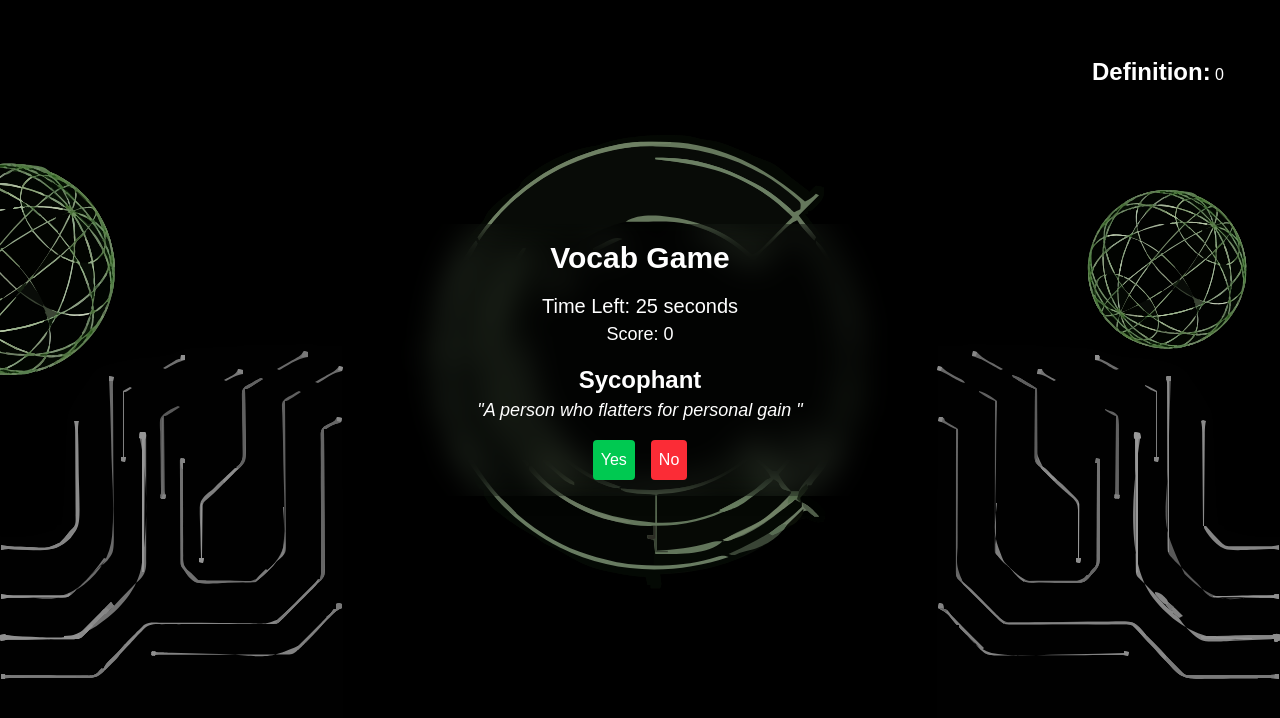
Repository: oxniw/bio-vocab
Page: /game
The author's editor kept a copy of each file at every save. The page is drawn from the files as they stood at one save, then again after the next save.
The browser window is 1280 px wide. The pictures show the whole page.
The project was rebuilt for these pictures with package versions that can differ from the ones it lists, and the page was loaded fresh each time. The framework's server and built-in components were replaced by stand-ins that run in the browser. Also part of the build but not shown: next.config.ts.

Above is the page before, as saved 2025-04-03 23:00:23.

### src/app/game/page.jsx
'use client';

import { useState, useEffect } from 'react';
import Image from 'next/image';
const words = [
  { word: 'Ephemeral', definition: 'Lasting a very short time' },
  { word: 'Tenacious', definition: 'Holding fast; persistent' },
  { word: 'Ineffable', definition: 'Too great to be expressed in words' },
  { word: 'Sycophant', definition: 'A person who flatters for personal gain' },
  { word: 'Pernicious', definition: 'Having a harmful effect' }
];

export default function VocabGame() {
  const [currentWord, setCurrentWord] = useState('');
  const [currentDef, setCurrentDef] = useState('');
  const [score, setScore] = useState(0);
  const [timeLeft, setTimeLeft] = useState(30);
  const [gameOver, setGameOver] = useState(false);
  const [scores,setScores] = useState(0)
  useEffect(() => {
    console.log(localStorage.getItem("score"))
    startGame();
  }, []);

  useEffect(() => {

    if (timeLeft > 0) {
      const timer = setTimeout(() => setTimeLeft(timeLeft - 1), 1000);
      return () => clearTimeout(timer);
    } else {
      setGameOver(true);
    }
  }, [timeLeft]);
  useEffect(() => {
    let storedScore = localStorage.getItem("score");
    if (storedScore === null) {
      localStorage.setItem("score", 0);
      setScores(0); // Set initial score
    } else {
      setScores(parseInt(storedScore)); // Convert stored string to number
    }
  }, []);

  function getNewWord() {
    const wordObj = words[Math.floor(Math.random() * words.length)];
    const useCorrectDef = Math.random() > 0.5;
    setCurrentWord(wordObj.word);
    setCurrentDef(useCorrectDef ? wordObj.definition : words[Math.floor(Math.random() * words.length)].definition);
  }

  function startGame() {
    setScore(0);
    setTimeLeft(30);
    setGameOver(false);
    getNewWord();
  }

  function handleAnswer(isCorrect) {
    if (!gameOver) {
      const correctDef = words.find(w => w.word === currentWord).definition === currentDef;
      setScore(prev => prev + (correctDef === isCorrect ? 1 : -1));
      getNewWord();
    }
  }

  return (
    <div className=" items-center justify-center flex bg-black h-screen overflow-x-hidden relative">
      <Image
      className="absolute top-24 -left-36 rotate-45"
      src="/com/cysphere.svg"
      alt="Next.js logo"
      width={612/2 }
      height={408/2 }
      priority
      />
      <Image
      className="absolute top-24 -right-10 rotate-45 scale-75"
      src="/com/cysphere.svg"
      alt="Next.js logo"
      width={612/2 }
      height={408/2 }
      priority
      />
      <Image
      className="absolute bottom-0 left-0 "
      src="/com/cyd3.svg"
      alt="Next.js logo"
      width={343 }
      height={411 }
      priority
      />
      <Image
      className="absolute bottom-0 right-0 "
      src="/com/cy2d.svg"
      alt="Next.js logo"
      width={343 }
      height={411 }
      priority
      />
      <Image
      className="absolute scale-125"
      src="/com/cy4d.svg"
      alt="Next.js logo"
      width={343 }
      height={411 }
      priority
      />
      <div className='w-full h-screen  flex items-center absolute text-white justify-center overflow-hidden '>
      <div className="absolute top-14 right-14">
        <p><span className="font-bold text-2xl">Definition:</span> {scores}</p>
      </div>
        <div className="flex-col flex items-center w-full p-4  max-w-xl rounded-2xl shadow-lg bg-gradient-to-r bg-opacity-10 backdrop-blur-lg ">
        <h1 className="text-3xl font-bold mb-4 transition duration-300 hover:filter hover:drop-shadow-[0_0_36px_rgb(255,255,255)]">Vocab Game</h1>
        <p className="text-xl transition duration-300 hover:filter hover:drop-shadow-[0_0_36px_rgb(255,255,255)]">Time Left: {timeLeft} seconds</p>
        <p className="text-lg transition duration-300 hover:filter hover:drop-shadow-[0_0_36px_rgb(255,255,255)]">Score: {score}</p>
        {gameOver ? (
          <button className="mt-4 p-2 bg-blue-500 text-white rounded transition duration-300 hover:filter hover:drop-shadow-[0_0_36px_rgb(0,0,255)]" onClick={startGame}>
            Restart Game
          </button>
        ) : (
          <>
            <p className="text-2xl font-semibold mt-4 transition duration-300 hover:filter hover:drop-shadow-[0_0_36px_rgb(255,255,255)]">{currentWord}</p>
            <p className="text-lg italic mb-4 transition duration-300 hover:filter hover:drop-shadow-[0_0_36px_rgb(255,255,255)]">"{currentDef} "</p>
            <div className="flex gap-4">
              <button className="p-2 bg-green-500 text-white rounded transition duration-300 hover:filter hover:drop-shadow-[0_0_36px_rgb(0,255,0)]" onClick={() => handleAnswer(true)}>
                Yes
              </button>
              <button className="p-2 bg-red-500 text-white rounded transition duration-300 hover:filter hover:drop-shadow-[0_0_36px_rgb(255,0,0)]" onClick={() => handleAnswer(false)}>
                No
              </button>
            </div>
          </>
        )}
        </div>

      </div>


    </div>

  );
}

Loaded but not shown: src/app/layout.tsx (common file); src/app/globals.css (common file)

After the next save:
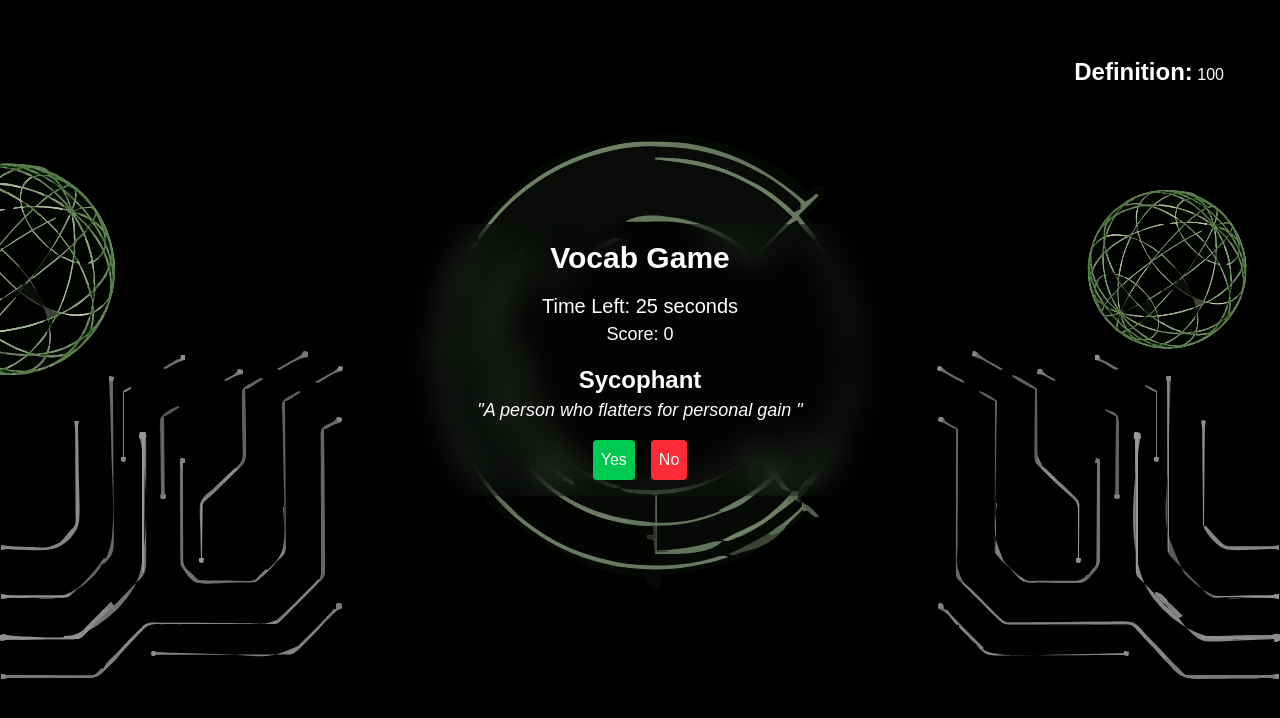
Saved 16 s later.
--- a/src/app/game/page.jsx
+++ b/src/app/game/page.jsx
@@ -34,8 +34,8 @@
   useEffect(() => {
     let storedScore = localStorage.getItem("score");
     if (storedScore === null) {
-      localStorage.setItem("score", 0);
-      setScores(0); // Set initial score
+      localStorage.setItem("score", 100);
+      setScores(100); // Set initial score
     } else {
       setScores(parseInt(storedScore)); // Convert stored string to number
     }

After the save that followed:
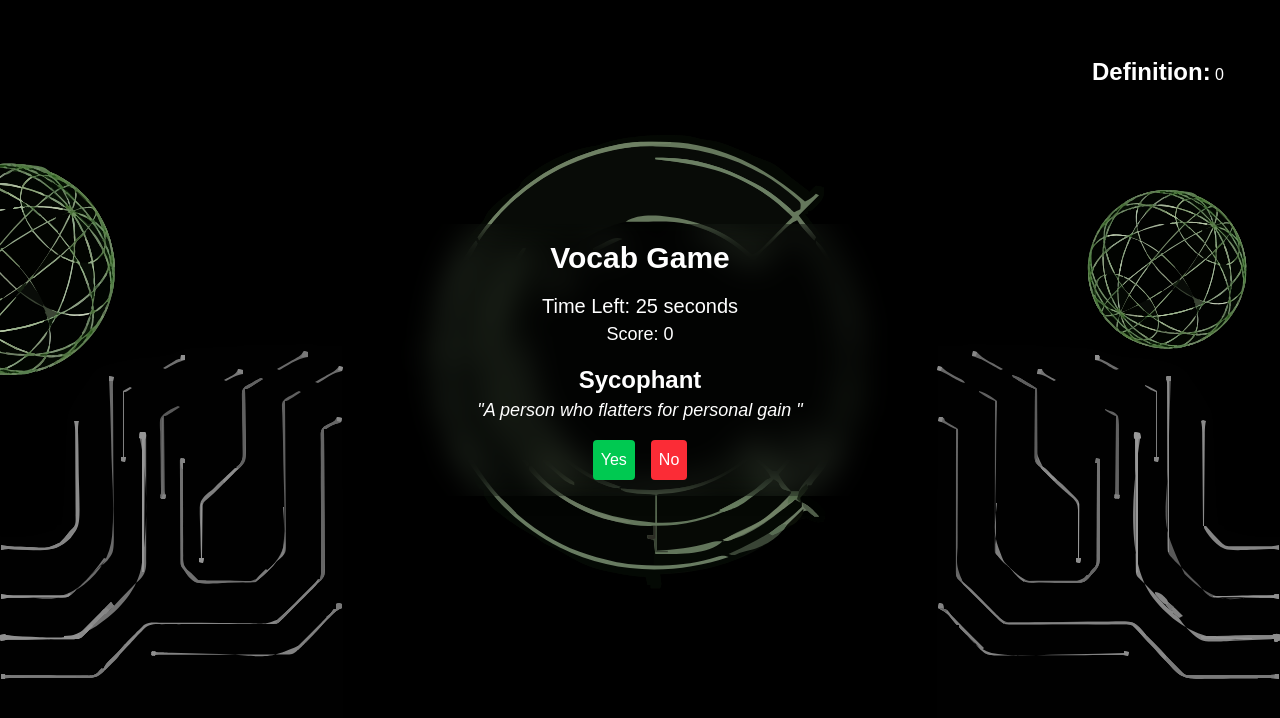
Saved 7 s later.
--- a/src/app/game/page.jsx
+++ b/src/app/game/page.jsx
@@ -34,8 +34,8 @@
   useEffect(() => {
     let storedScore = localStorage.getItem("score");
     if (storedScore === null) {
-      localStorage.setItem("score", 100);
-      setScores(100); // Set initial score
+      localStorage.setItem("score", 0);
+      setScores(0); // Set initial score
     } else {
       setScores(parseInt(storedScore)); // Convert stored string to number
     }
